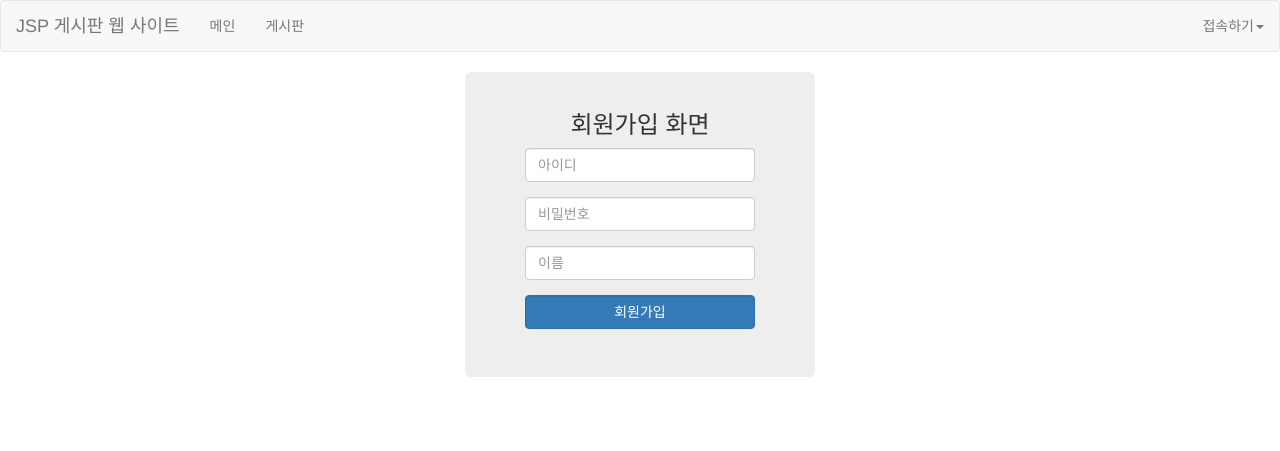
Repository: winter9388/JSP_BBS
Page: http://localhost/BBS/join.jsp
The author's editor kept a copy of each file at every save. The page is drawn from the files as they stood at one save, then again after the next save.
The browser window is 1280 px wide. The pictures show the whole page.
Some web libraries are served in a nearby version. The page is served by Tomcat 9.

Above is the page before, as saved 2022-08-11 07:00:02.

After the next save:
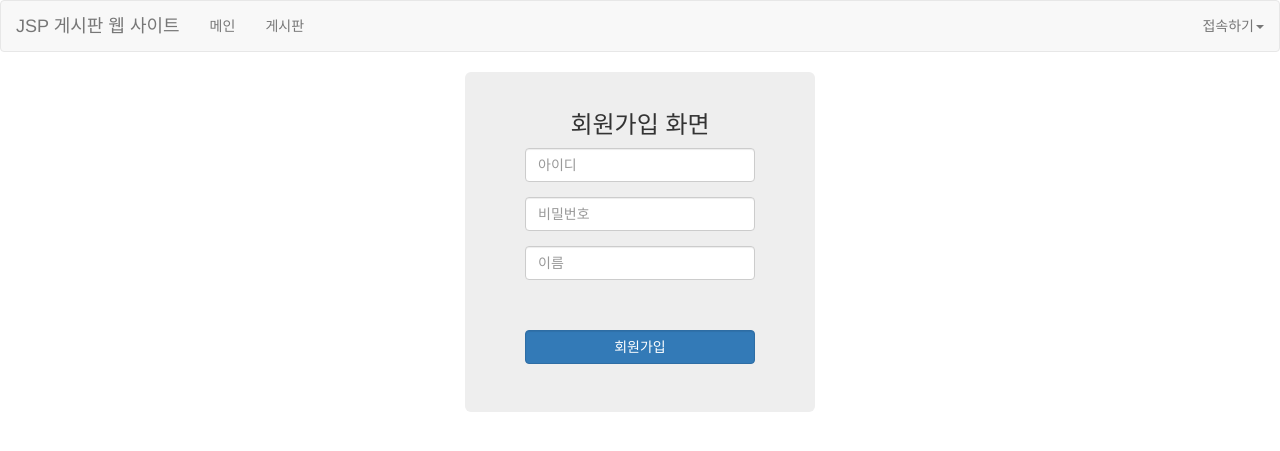
Saved 104 s later.
--- a/BBS/src/main/webapp/join.jsp
+++ b/BBS/src/main/webapp/join.jsp
@@ -54,6 +54,11 @@
 					<div class="form-group">
 						<input type="text" class="form-control" placeholder="이름" name="userName" maxlength="20">
 					</div>
+					<div class="form-group">
+						<div class="btn-group" data-toggle="buttons">
+
+						</div>
+					</div>
 					<input type="submit" class="btn btn-primary form-control" value="회원가입">
 				</form>
 			</div>
